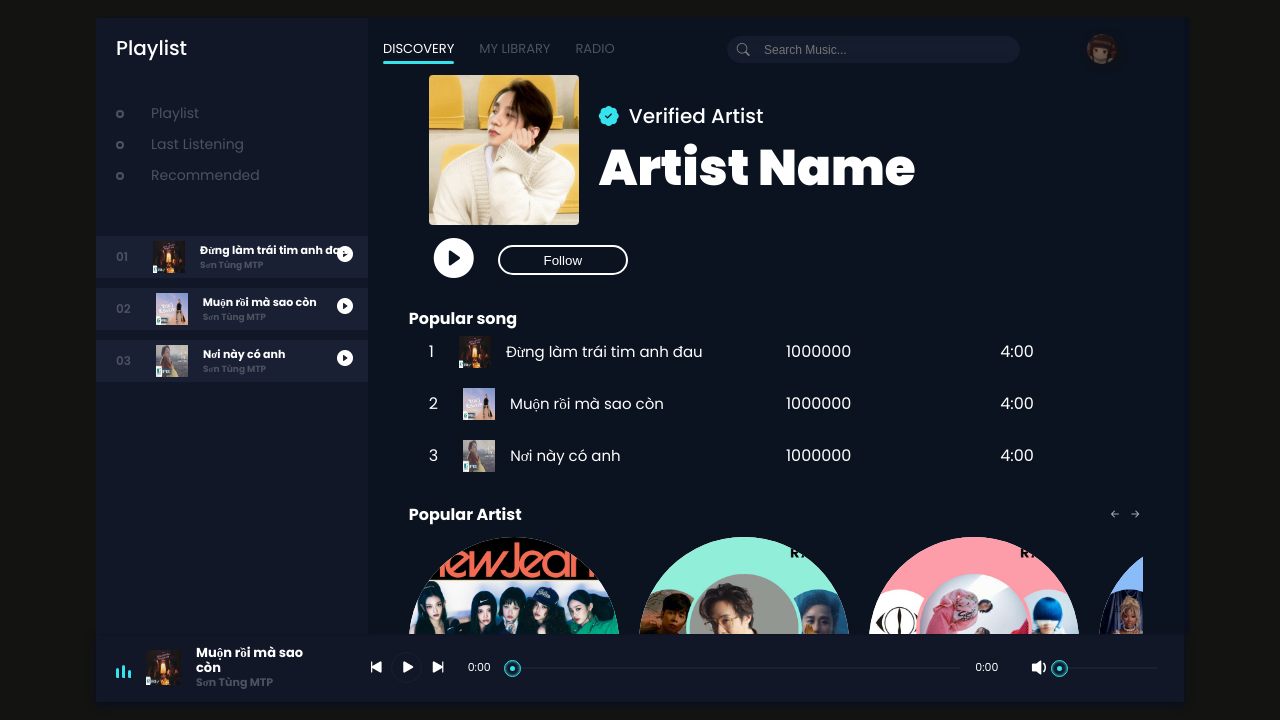
Repository: reminzuetto/Music-Website
Page: index.html
An editor plug-in stored every save of this project. The page is shown before and after a run of saves, followed by the edit.
The browser window is 1280 px wide. The pictures show the whole page.
An inner scrolling area shows only its first screen.

Above is the page before, as saved 2024-06-11 17:55:55.

After the next 2 saves:
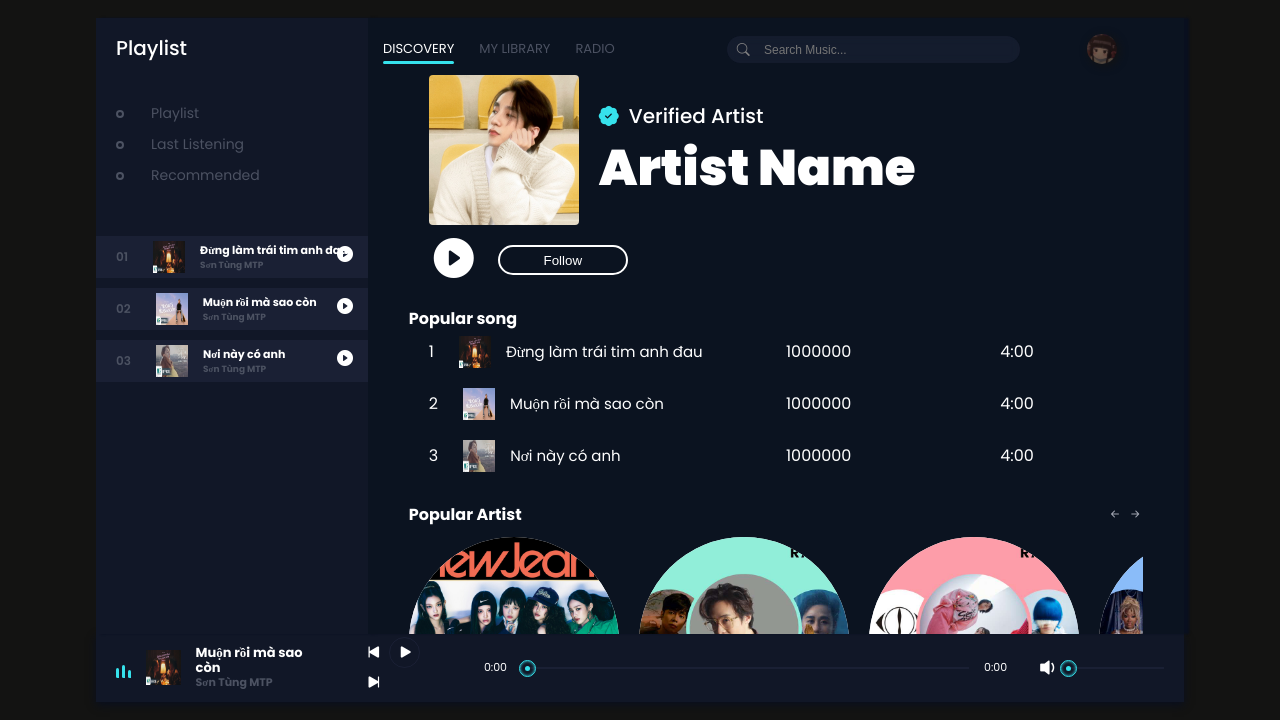
The 2 saves are shown as one change because they came seconds apart.
The last was saved 37 s later.
--- a/index.html
+++ b/index.html
@@ -196,13 +196,13 @@
           <i class="bi bi-play-fill" id="masterPlay"></i>
           <i class="bi bi-skip-end-fill" id="next"> </i>
         </div>
-        <span class="currentStart">0:00</span>
+        <span id="currentStart">0:00</span>
         <div class="bar">
           <input type="range" id="seek" min="0" value="0" max="100" />
           <div class="bar2"></div>
           <div class="dot"></div>
         </div>
-        <span class="currentEnd">0:00</span>
+        <span id="currentEnd">0:00</span>
 
         <div class="vol">
           <i class="bi bi-volume-down-fill"></i>
